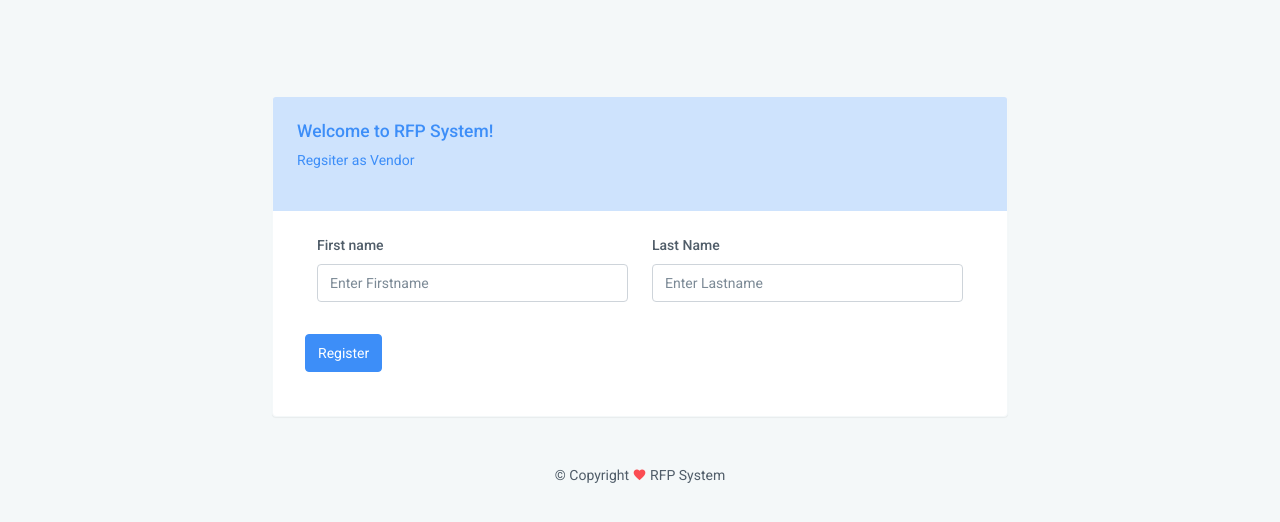
Repository: saurabhgithb/RFP-System
Page: register.html
An editor plug-in stored every save of this project. The page is shown before and after the next save, followed by the edit.
The browser window is 1280 px wide. The pictures show the whole page.

Above is the page before, as saved 2023-01-04 14:29:08.

### register.html

<!doctype html>
<html lang="en">

    <head>

        <meta charset="utf-8" />
        <title>Login | RFP System</title>
        <meta name="viewport" content="width=device-width, initial-scale=1.0">
        <meta content="Premium Multipurpose Admin & Dashboard Template" name="description" />
        <meta content="Themesbrand" name="author" />
        <!-- App favicon -->
        <link rel="shortcut icon" href="assets/images/favicon.ico">

        <!-- Bootstrap Css -->
        <link href="assets/css/bootstrap.min.css" id="bootstrap-style" rel="stylesheet" type="text/css" />
        <!-- Icons Css -->
        <link href="assets/css/icons.min.css" rel="stylesheet" type="text/css" />
        <!-- App Css-->
        <link href="assets/css/app.min.css" id="app-style" rel="stylesheet" type="text/css" />

    </head>

    <body>
        <div class="home-btn d-none d-sm-block">
            <a href="index.html" class="text-dark"><i class="fas fa-home h2"></i></a>
        </div>
        <div class="account-pages my-5 pt-sm-5">
            <div class="container">
                <div class="row justify-content-center">
                    <div class="col-md-8 col-lg-6 col-xl-8">
                        <div class="card overflow-hidden">
                            <div class="bg-soft-primary">
                                <div class="row">
                                    <div class="col-12">
                                        <div class="text-primary p-4">
                                            <h5 class="text-primary">Welcome to RFP System!</h5>
                                            <p>Regsiter as Vendor</p>
                                        </div>
                                    </div>
                                </div>
                            </div>
                            <div class="card-body pt-0">
                                <div class="p-4">
                                    <form class="form-horizontal" action="">
                                        <div class="row">
                                            <div class="col-md-12 col-lg-6 col-xl-6">
                                                <div class="form-group">
                                                    <label for="firstname">First name</label>
                                                    <input type="text" class="form-control" id="firstname" placeholder="Enter Firstname">
                                                </div>
                                            </div>
                                            <div class="col-md-12 col-lg-6 col-xl-6">
                                                <div class="form-group">
                                                    <label for="lastname">Last Name</label>
                                                    <input type="text" class="form-control" id="lastname" placeholder="Enter Lastname">
                                                </div>
                                            </div>



                                            <div class="mt-3">
                                                <button class="btn btn-primary btn-block waves-effect waves-light" type="submit">Register</button>
                                            </div>
                                        </div>
                                    </form>
                                </div>
                            </div>
                        </div>
                        <div class="mt-5 text-center">
                            <div>
                                <p>&copy; Copyright <i class="mdi mdi-heart text-danger"></i> RFP System</p>
                            </div>
                        </div>
                    </div>
                </div>
            </div>
        </div>
    </body>
</html>

Loaded but not shown: assets/css/bootstrap.min.css (library); assets/css/icons.min.css (library); assets/css/app.min.css (library)

After the next save:
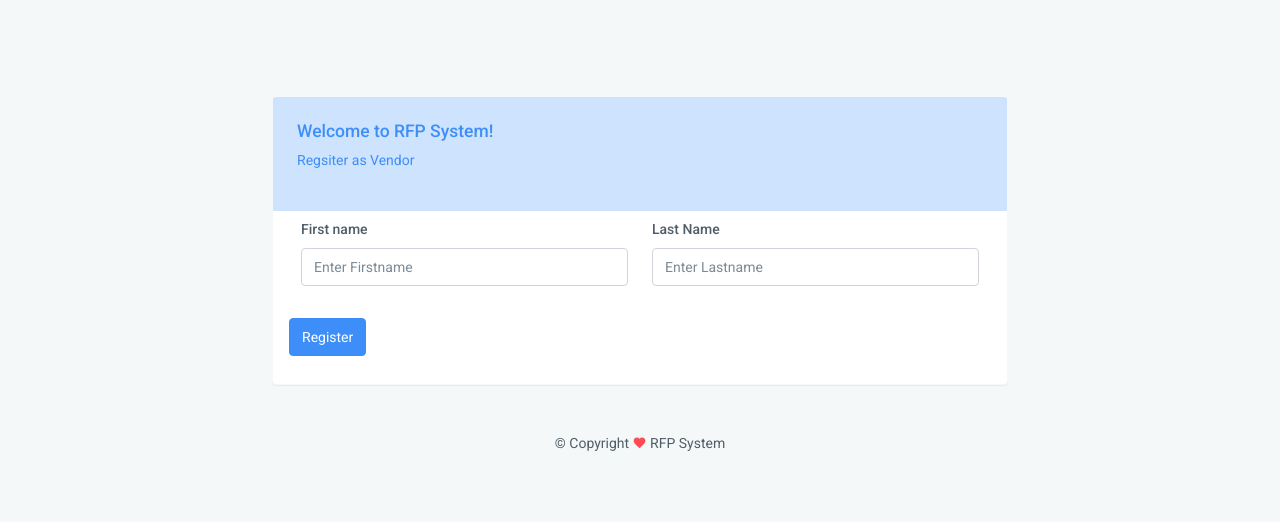
Saved 20 s later.
--- a/register.html
+++ b/register.html
@@ -41,7 +41,7 @@
                                 </div>
                             </div>
                             <div class="card-body pt-0">
-                                <div class="p-4">
+                                <div class="p-2">
                                     <form class="form-horizontal" action="">
                                         <div class="row">
                                             <div class="col-md-12 col-lg-6 col-xl-6">

After the save that followed:
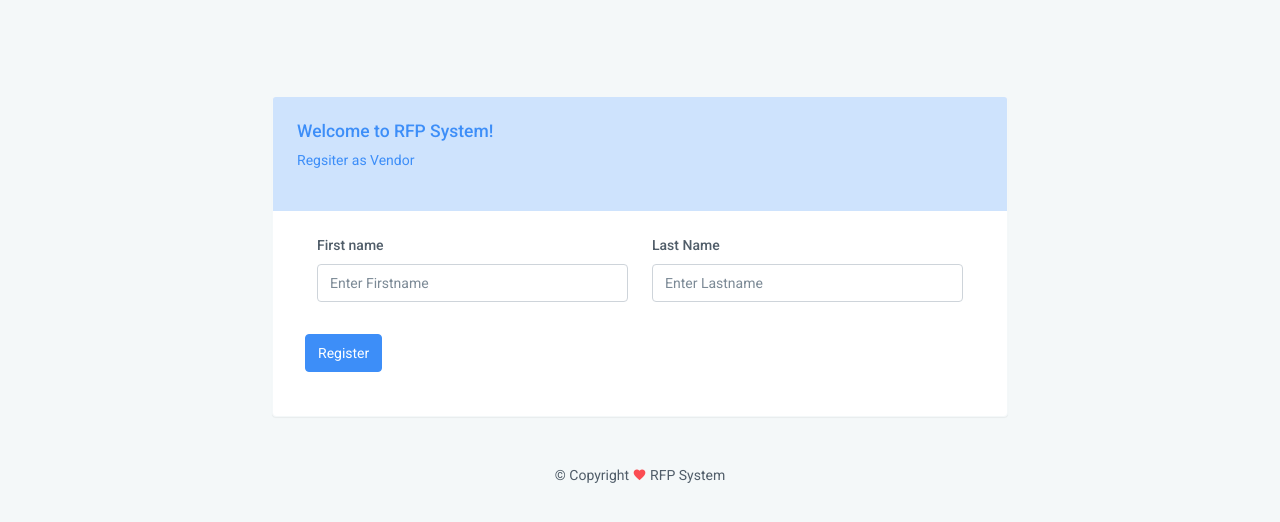
Saved 6 s later.
--- a/register.html
+++ b/register.html
@@ -41,7 +41,7 @@
                                 </div>
                             </div>
                             <div class="card-body pt-0">
-                                <div class="p-2">
+                                <div class="p-4">
                                     <form class="form-horizontal" action="">
                                         <div class="row">
                                             <div class="col-md-12 col-lg-6 col-xl-6">
